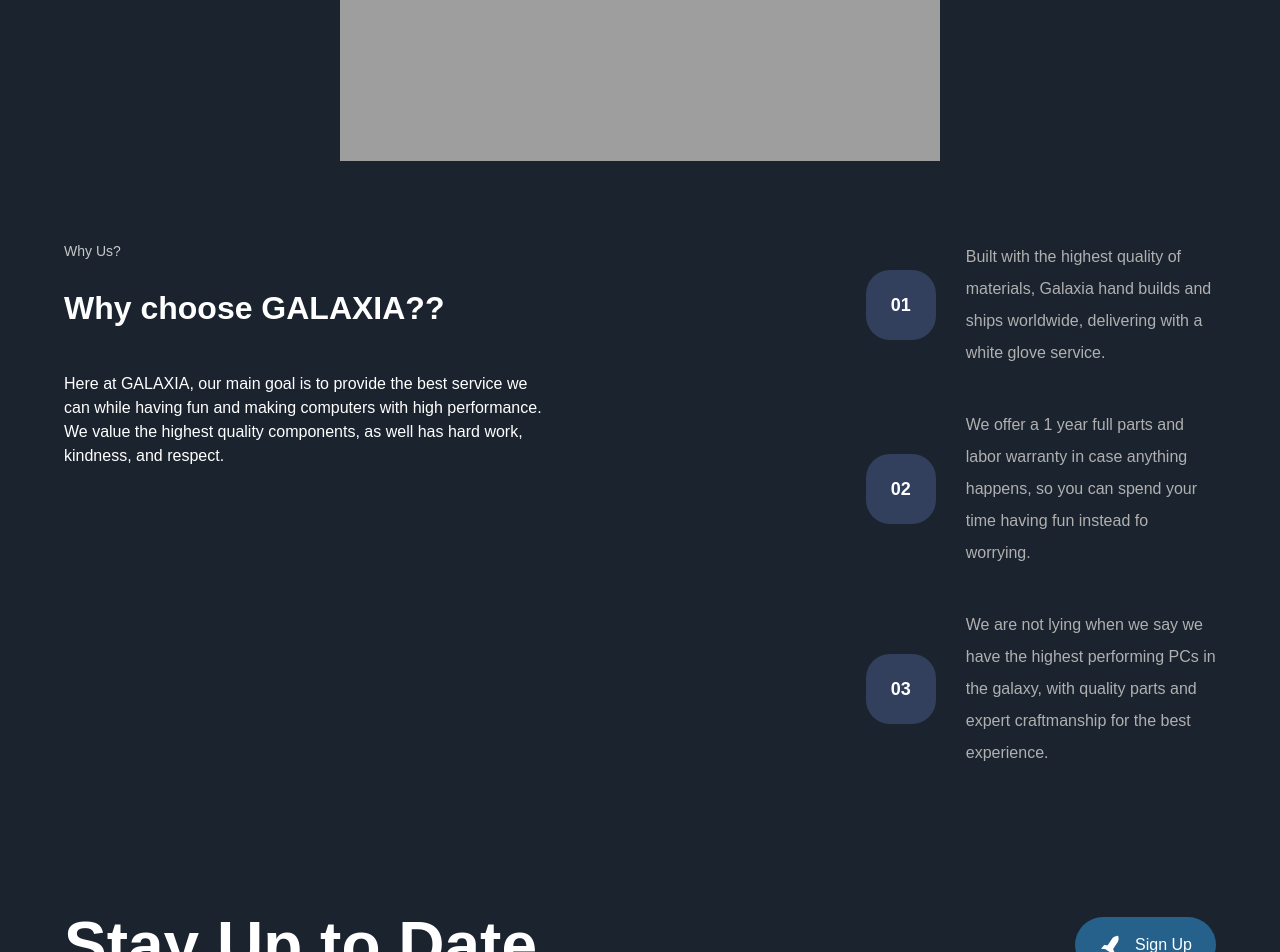
Repository: kaitlynlie/galaxia_pcs
Page: /
The author's editor kept a copy of each file at every save. The page is drawn from the files as they stood at one save, then again after the next save.
The browser window is 1280 px wide. The pictures show the part of the page from y = 2593 to 3545 px (the page is 3770 px tall before and 3610 px after).
Pictures or frames that could not be fetched are drawn as grey boxes. Some web fonts or font styles are not loaded; a fallback is used. The project was rebuilt for these pictures with package versions that can differ from the ones it lists, and the page was loaded fresh each time. Also part of the build but not shown: vite.config.js, components/PCcard.jsx, sections/Neptune.jsx, sections/Jupiter.jsx, sections/People.jsx, src/assets/index.js, sections/Video.jsx, sections/Program.jsx and 4 more. Imported but missing from the stored project, and not drawn on this page: src/assets/video.mp4.

Above is the page before, as saved 2023-08-09 20:03:52.

### index.html
<!DOCTYPE html>
<html lang="en">
  <head>
    <style>
      /* WebKit-based browsers (Chrome, Safari) */
      ::-webkit-scrollbar {
        width: 12px;
      }

      ::-webkit-scrollbar-track {
        background-color: #606060; /* Adjust the background color */
      }

      ::-webkit-scrollbar-thumb {
        background-color: #25618b; /* Adjust the thumb color */
        border-radius: 6px;
      }
    </style>
    <meta charset="UTF-8" />
    <link rel="icon" type="image/svg+xml" href="/logo.svg" />
    <link rel="preconnect" href="https://stijndv.com" />
    <link rel="stylesheet" href="https://stijndv.com/fonts/Eudoxus-Sans.css" />
    <meta name="viewport" content="width=device-width, initial-scale=1.0" />
    <title>GALAXIA</title>
  </head>
  <body>
    <div id="root"></div>
    <script type="module" src="/src/main.jsx"></script>
  </body>
</html>

### src/main.jsx
import React from 'react'
import App from './App.jsx'
import ReactDOM from 'react-dom';
import { BrowserRouter } from 'react-router-dom';


ReactDOM.render(
  <BrowserRouter>
    <App />
  </BrowserRouter>,
  document.getElementById('root'),
);

### src/App.jsx
import Navbar from '../components/Navbar'
import Home from '../pages/Home'
import Community from '../pages/Community'
import Creator from '../pages/Creator'
import PCs from '../pages/PCs'
import { Route, Routes } from 'react-router-dom'
import React from 'react'
import '../styles/globals.css'

function App() {

  return (
    <>
    <div className='bg-primary-black overflow-hidden'>
      <img
            src='./stars.png'
            alt='stars'
            className="z-0 absolute w-screen h-screen object-cover object-center opacity-50"
      />
      <Navbar />
      <Routes>
        <Route index path="/" element={<Home />} />
        <Route path="pc" element={<PCs />} />
        <Route path="community" element={<Community />} />
        <Route path="creator" element={<Creator />} />
      </Routes>
     </div>
    </>
  )
}

export default App

### components/Navbar.jsx
import { motion } from "framer-motion";
import styles from '../styles'
import { navVariants, textVariant } from '../utils/motion'
import { useState } from "react";
import { RiMenu3Line, RiCloseLine } from 'react-icons/ri';
import { Link } from 'react-router-dom'
import React from 'react'

const Navbar = () => {
  const [toggleMenu, setToggleMenu] = useState(false);

  const [nav, setNav] = useState(false);

  const openNav = () => {
    setNav(!nav);
  };

  return(
   <motion.nav
    variants={navVariants}
    initial="show"
    whileInView="show"
    viewport={{ once: false, amount: 0.25 }}
    className={`${styles.xPaddings} py-8 relative`}
  >
    <div className={`${styles.innerWidth} mx-auto flex justify-between gap-8 inline-block`}>
      <div className="flex flex-row gap-4 z-10">
        <img
          src='./logo.svg'
          alt='logo'
          />
          <Link onClick={openNav} to="/"><motion.h1 variants={textVariant(1.1)} className="flex text-white font-bold text-[24px] z-10">
            <a>GALAXIA</a>
          </motion.h1></Link>
      </div>

      <ul className='flex justify-center items-center text-white max-[880px]:hidden block z-10'>
        <Link onClick={openNav} to='/pc'><li className="mr-12"><a>Gaming PCs</a></li></Link>
        <Link onClick={openNav} to='/community'><li className="mr-12"><a>Community</a></li></Link>
        <Link onClick={openNav} to='/creator'><li><a>Creator Program</a></li></Link>
      </ul>

      <div className="relative ml-1 pointer max-[880px]:block hidden z-10">
        {toggleMenu
          ? <RiCloseLine color="#fff" size={27} onClick={() => setToggleMenu(false)} />
          : <RiMenu3Line color="#fff" size={27} onClick={() => setToggleMenu(true)} />}
        {toggleMenu && (
        <div className="flex justify-end items-end flex-col text-end bg-[#026884ce] p-3 absolute top-[40px] right-[10px] mt-1 rounded-[5px] shadow z-10">
          <div className="none">
            <ul className='flex justify-end items-end flex-col text-white text-end p-1'>
              <Link onClick={openNav} to='/pc'><li><a>Gaming PCs</a></li></Link>
              <Link onClick={openNav} to='/community'><li className="mt-2 pointer"><a>Community</a></li></Link>
              <Link onClick={openNav} to='/creator'><li className="mt-2 pointer"><a>Creator Program</a></li></Link>
            </ul>
          </div>
        </div>
        )}
        </div>

        <div className="flex flex-row gap-4 items-center max-[880px]:hidden block">
        <img
          src='./user.svg'
          alt='user'
        />
        <img
          src='./cart.svg'
          alt='cart'
        />
      </div>
      </div>

  </motion.nav>
  );
};

export default Navbar;

### pages/Home.jsx
import { Footer, Navbar } from '../components';
import { Triton, Neptune, Jupiter, Hero, WhyUs, Member } from '../sections';
import React from 'react'
import PickPC from '../sections/PickPC';

const Home = () => (
  <div className='bg-primary-black overflow-hidden'>
        {/* <img
          src='./stars.png'
          alt='stars'
          className="z-0 absolute w-screen h-screen object-cover object-center opacity-50"
    /> */}
    <Hero />
    <div className='relative'>
      <Triton />
      {/* <div className='gradient-03 z-0' /> */}
      <PickPC />
      <Member />
      {/* <Neptune /> */}
    </div>
    <div className='relative'>
      {/* <Jupiter /> */}
    </div>
    <div className='relative'>
      <WhyUs />
      {/* <div className='gradient-04 z-0' /> */}
      <Footer />
    </div>
  </div>
);

export default Home;

### styles/globals.css
@import "tailwindcss/base";

@import "tailwindcss/components";

@import "tailwindcss/utilities";

* {
  margin: 0;
  padding: 0;
  box-sizing: border-box;
  font-family: "Eudoxus Sans", sans-serif;
  scroll-behavior: smooth;
}

.gradient-01 {
  background-image: linear-gradient(
    270deg,
    hsl(295deg 76% 51%) 0%,
    hsl(284deg 70% 73%) 26%,
    hsl(257deg 70% 86%) 39%,
    hsl(202deg 92% 90%) 50%,
    hsl(215deg 77% 81%) 61%,
    hsl(221deg 73% 70%) 74%,
    hsl(220deg 76% 51%) 100%
  );
  filter: blur(125px);
}

.hero-gradient {
  background: linear-gradient(
    97.86deg,
    #a509ff 0%,
    #34acc7 53.65%,
    #a134c7 100%
  );
}

.gradient-02 {
  position: absolute;
  width: 200px;
  height: 438px;
  top: 0px;
  right: 0px;

  background: #7aebfb;
  filter: blur(190px);
}

.glassmorphism {
  background: rgba(255, 255, 255, 0.25);
  box-shadow: 0 8px 32px 0 rgba(31, 38, 135, 0.37);
  backdrop-filter: blur(4px);
  -webkit-backdrop-filter: blur(4px);
  border: 1px solid rgba(255, 255, 255, 0.18);
}

.gradient-03 {
  position: absolute;
  width: 404px;
  height: 800px;
  left: 20%;
  top: 5%;

  background: rgba(149, 66, 232, 0.35);
  filter: blur(175px);
  transform: rotate(-114.2deg);
}

.gradient-04 {
  position: absolute;
  width: 304px;
  height: 100vh;
  left: 30%;
  top: 10%;

  background: rgba(45, 72, 152, 0.75);
  filter: blur(200px);
  transform: rotate(-53.13deg);
}

.gradient-05 {
  background: linear-gradient(
    180deg,
    rgba(255, 255, 255, 0.04) 0%,
    rgba(255, 255, 255, 0) 100%
  );
}

.feedback-gradient {
  position: absolute;
  width: 200px;
  height: 316px;
  left: 0px;
  top: 0px;

  background: #8d39a3;
  filter: blur(175px);
}

.footer-gradient {
  position: absolute;
  width: 500px;
  height: 100px;
  left: 37%;
  bottom: 0;

  background: #65c4fa;
  filter: blur(150px);
}

.object {
  animation: MoveUpDown 4s linear infinite;
  position: relative;
  left: 0;
  bottom: 0;
}

@keyframes MoveUpDown {
  0%, 100% {
    bottom: 0;
  }
  50% {
    bottom: 100px;
  }
}

### components/CustomTexts.jsx
'use client';

import { motion } from "framer-motion";
import { textContainer, textVariant2 } from '../utils/motion'

export const TypingText = ({ title, textStyles}) => (
  <motion.p
    variants={textContainer}
    className={`font-normal text-[14px] text-secondary-white ${textStyles}`}
  >
    {Array.from(title).map((letter, index) => (
      <motion.span variants={textVariant2} key={index}>
        {letter === ' ' ? '\u00A0' : letter}
      </motion.span>
    ))}
  </motion.p>
);

export const TitleText = ({ title, textStyles}) => (
  <motion.h2
    variants={textVariant2}
    initial='hidden'
    whileInView='show'
    className={`mt-[22px] font-bold text-[32px] text-white ${textStyles}`}>
      {title}
  </motion.h2>
);

### components/WhyFeatures.jsx
import styles from "../styles";

const WhyFeatures = ({ number, subtitle
}) => (
  <div className={`${styles.flexCenter} flex-row`}>
    <div className={`${styles.flexCenter} w-[70px] h-[70px] rounded-[24px] bg-[#323f5d]`}>
      <p className="font-bold text-[18px] text-white">0{number}</p>
    </div>
    <p className="flex-1 ml-[30px] font-normal text-[16px] text-[#B0B0B0] leading-[32px]">{subtitle}</p>
  </div>
);

export default WhyFeatures;

### components/Footer.jsx
'use client';
import { motion } from "framer-motion";
import { socials } from "../constants";
import styles from "../styles";
import { footerVariants } from "../utils/motion";

const Footer = () => (
  <motion.footer
    variants={footerVariants}
    initial='show'
    whileInView='show'
    viewport={{ once: true, amount: 0.25 }}
    className={`${styles.paddings} py-8 relative`}>
    {/* <div className="footer-gradient" /> */}
    <div className={`${styles.innerWidth} mx-auto flex flex-col gap-8`}>
      <div className="flex items-center sm:justify-between flex-wrap gap-5">
        <h4 className="font-bold md:text-[64px] text-[44px] text-white">Stay Up to Date</h4>
        <button type="button" className="flex items-center h-fit py-4 px-6 bg-[#25618b] rounded-[32px] gap-[12px]">
          <img src='/logo.svg' alt='logo' className="w-[24px] h-[24px] object-contains"/>
          <span className="font-normal text-[16px] text-white">Sign Up</span>
        </button>
      </div>

      <div className="flex flex-col">
        <div className="mb-[50px] h-[2px] bg-white opacity-10"/>
        <div className="flex items-center justify-between flex-wrap gap-4">
          <h4 className="font-extrabold text-[24px] text-white">GALAXIA</h4>
          <p className="font-normal text-[14px] text-white opacity-50">
          Copyright © 2023 - 2024 Galaxia. All rights reserved.
          </p>
          <div className="flex gap-4">
            {socials.map((social) => (
              <img
                key={social.name}
                src={social.url}
                alt={social.name}
                className="w-[24px] h-[24px] object-contain cursor-pointer" />
            ))}
          </div>
        </div>
      </div>
    </div>
  </motion.footer>
);

export default Footer;

### components/Button.jsx
'use client';

const Button = () => (
    <button
    type="button"
    className="flex w-[127px] font-bold h-[44px] mt-[22px] items-center justify-center gap-[12px] bg-[#25618B] text-white text-[16px] rounded-[32px] pointer tracking-[0.08px] shrink-0 shadow-md transition-transform duration-300 hover:scale-105 hover:shadow-lg"
  >ADD TO CART
</button>
  );

  export default Button;

### sections/Hero.jsx
'use client';

import { motion } from "framer-motion";
import styles from '../styles';
import { slideIn, staggerContainer, fadeIn } from '../utils/motion'
import { TypingText, Button } from '../components'

const Hero = () => (
  <section className={`${styles.topPaddings} ${styles.xPaddings} flex flex-row items-center justify-center mt-10`}>
    <motion.div
      variants={fadeIn('up', 'tween', 0.2, 1)}
      initial="hidden"
      whileInView="show"
      viewport={{ once: true, amount: 0.25 }}
      className={`${styles.innerWidth} flex-col relative w-full flex justify-between items-center z-0`}
    >
      <div className="absolute z-0"/>
      <img
        src="/pc1.png"
        alt="pc"
        className="object z-10 sm:w-[357px] sm:h-[420px] w-[281px] h-[336px] relative mt-24 z-10"
      />
    </motion.div>

      <motion.div
        variants={staggerContainer}
        initial='hidden'
        whileInView='show'
        viewport={{ once: true, amount: 0.25}}
        className={`${styles.innerWidth} ${styles.xPaddings} md:px-[100px] max-[1000px]:hidden block mb-0 items-center z-10`}>
          <TypingText title='FEATURED' textStyles='text-start' />
          <motion.div
            variants={fadeIn('up', 'tween', 0.2, 1)}
            viewport={{ once: true, amount: 0.25}}
            className="mt-[8px] font-normal text-start text-secondary-white mt-9 flex-col flex flex-center">
              <span className="font-extrabold text-white sm:text-[32px] text-[20px]">TRITON </span>
              <p className="text-[20px] text-white">Triton, dedicated to users who want to travel past gaming experiences, uses high level components on the cutting edge of computers. Bold, beautiful, and a new reality for all users.</p>
          </motion.div>

          <motion.div
            variants={fadeIn('up', 'tween', 0.3, 1)}
            className="flex flex-col justify-between">
            <div className="flex flex-col justify-start items-start max-[880px]:flex-row mt-[38px]">
              <div className="flex flex-row justify-center items-center">
               <img
                src="/core.svg"
                alt="core"
                className="w-[37px] h-[37px] mt-[23px] justify-center items-center" />
                <p className="text-[20px] mt-[23px] ml-[19px] text-white">Earth Core e2-1023</p>
              </div>
              <div className="flex flex-row justify-center items-center">
               <img
                src="/card.svg"
                alt="card"
                className="w-[37px] h-[37px] mt-[23px] justify-start items-center" />
                <p className="text-[20px] mt-[23px] ml-[19px] text-white">KForce MTX 2390 Ti 12GB</p>
              </div>
            </div>

            <div className="flex flex-col justify-start items-start max-[880px]:items-center mt-[38px]">
              <div className="flex flex-row justify-between items-center">
                <p className="text-[20px] mt-[23px] text-white leading-9">$1,599.99 USD</p>
                <p className="text-[15px] mt-[23px] text-white line-through leading-[27px] ml-1">$1,999.99 USD</p>
              </div>
              <div className="flex flex-row justify-center items-center max-[880px]:flex-col">
                <Button />
              </div>
            </div>

          </motion.div>
      </motion.div>
  </section>
);

export default Hero;

### sections/Triton.jsx
'use client';

import { motion } from "framer-motion";
import { TypingText, Button } from '../components'
import styles from '../styles';
import { fadeIn, staggerContainer } from '../utils/motion';

const Triton = () => (
  <section className={`${styles.xPaddings} relative z-10 py-8`}>
      <motion.div
        variants={staggerContainer}
        initial='hidden'
        whileInView='show'
        viewport={{ once: true, amount: 0.25}}
        className={`${styles.innerWidth} mx-auto md:px-[100px] max-[1000px]:block hidden`}>
          <TypingText title='FEATURED' textStyles='text-center' />
          <motion.div
            variants={fadeIn('up', 'tween', 0.2, 1)}
            viewport={{ once: true, amount: 0.25}}
            className="mt-[8px] font-normal text-center text-secondary-white mt-9 ${styles.flexCenter} flex-col">
              <span className="font-extrabold text-white sm:text-[32px] text-[20px]">TRITON </span>
              <p className="text-[20px] text-white">Triton, dedicated to users who want to travel past gaming experiences, uses high level components on the cutting edge of computers. Bold, beautiful, and a new reality for all users.</p>
          </motion.div>

          <motion.div
            variants={fadeIn('up', 'tween', 0.3, 1)}
            className="flex flex-row max-[880px]:flex-col justify-between max-[880px]:items-center">


            <div className="flex flex-col justify-start items-start max-[880px]:items-center mt-[38px]">
              <div className="flex flex-row justify-center items-center">
               <img
                src="/core.svg"
                alt="core"
                className="w-[37px] h-[37px] mt-[23px] justify-center items-center" />
                <p className="text-[20px] mt-[23px] ml-[19px] text-white">Earth Core e2-1023</p>
              </div>
              <div className="flex flex-row justify-center items-center">
               <img
                src="/card.svg"
                alt="card"
                className="w-[37px] h-[37px] mt-[23px] justify-start items-center" />
                <p className="text-[20px] mt-[23px] ml-[19px] text-white">KForce MTX 2390 Ti 12GB</p>
              </div>
            </div>

            <div className="flex flex-col justify-start items-start max-[880px]:items-center mt-[38px]">
              <div className="flex flex-row justify-between items-center">
                <p className="text-[20px] mt-[23px] text-white leading-9">$1,599.99 USD</p>
                <p className="text-[15px] mt-[23px] text-white line-through leading-[27px] ml-1">$1,999.99 USD</p>
              </div>
              <div className="flex flex-row justify-center items-center max-[880px]:flex-col">
                <Button />
              </div>
            </div>

          </motion.div>
      </motion.div>
  </section>
);

export default Triton;

### sections/WhyUs.jsx
'use client';

import { motion } from "framer-motion";
import { TypingText, WhyFeatures, TitleText } from '../components'
import styles from '../styles';
import { staggerContainer, fadeIn, planetVariants } from '../utils/motion';
import { whyUs } from '../constants'

const GetStarted = () => (
  <section className={`${styles.paddings} relative z-10 flex flex-col justify-center items-center`}>
    <img src='./whyus.png'
              alt='why us'
              className="h-[600px] w-[600px] mb-20"
        />
    <div className={`${styles.innerWidth} flex flex-col justify-between items-center`}>
        {/* <img src='./whyus.png'
              alt='why us'
              className="h-[600px] w-[600px] mb-20"
        /> */}

        <div
          className="flex justify-between flex-row gap-80">
            <div className="flex flex-col">
              <TypingText title="Why Us?" />
              <TitleText title={<>Why choose GALAXIA??</>} />
              <p className="text-white mt-10">Here at GALAXIA, our main goal is to provide the best service we can while having fun and making computers with high performance. We value the highest quality components, as well has hard work, kindness, and respect.</p>
            </div>

            <div className="flex flex-col gap-10">
              {whyUs.map((feature) => (
              <WhyFeatures key={feature.subtitle} {...feature} />
                ))}
            </div>
          </div>
    </div>
  </section>
);

export default GetStarted;

### sections/Member.jsx
import React from 'react'
import { TypingText } from '../components'
import styles from '../styles'

const Member = () => {
  return (
    <section className={`${styles.xPaddings} relative z-10 py-20 flex flex-col justify-center items-center mt-10 bg-[url('banner.jpeg')]`}>
      <div className={`${styles.innerWidth} md:px-[100px] mb-0 items-center flex-col flex justify-center`}>
          <TypingText title='ONE OF US' textStyles='text-center' />
          <div className="font-normal text-center text-secondary-white mt-10 flex-col flex flex-center items-center justify-center">
              <span className="font-extrabold text-white sm:text-[32px] text-[20px]">Interested in joining the GALAXIA Creator Program?</span>
              <p className="text-[20px] text-white">We would love to work with creators to empower those who are stars in making or are already shining! We focus on making items that we find interesting and would love to work with creators that do the same.</p>
            <button
                type="button"
                className="flex w-[127px] h-[44px] mt-[22px] items-center justify-center gap-[12px] bg-[#25618B] text-white text-[16px] rounded-[32px] pointer tracking-[0.08px] shrink-0 shadow-md transition-transform duration-300 hover:scale-105 hover:shadow-lg"
                >APPLY NOW
            </button>
        </div>
        </div>
        </section>
  )
}

export default Member

Loaded but not shown: utils/motion.js (161 lines, source omitted); constants/index.js (90 lines, source omitted); styles/index.js (23 lines, source omitted); tailwind.config.js (24 lines, source omitted); sections/index.js (21 lines, source omitted); components/index.js (16 lines, source omitted); sections/PickPC.jsx (223 lines, source omitted)

After the next save:
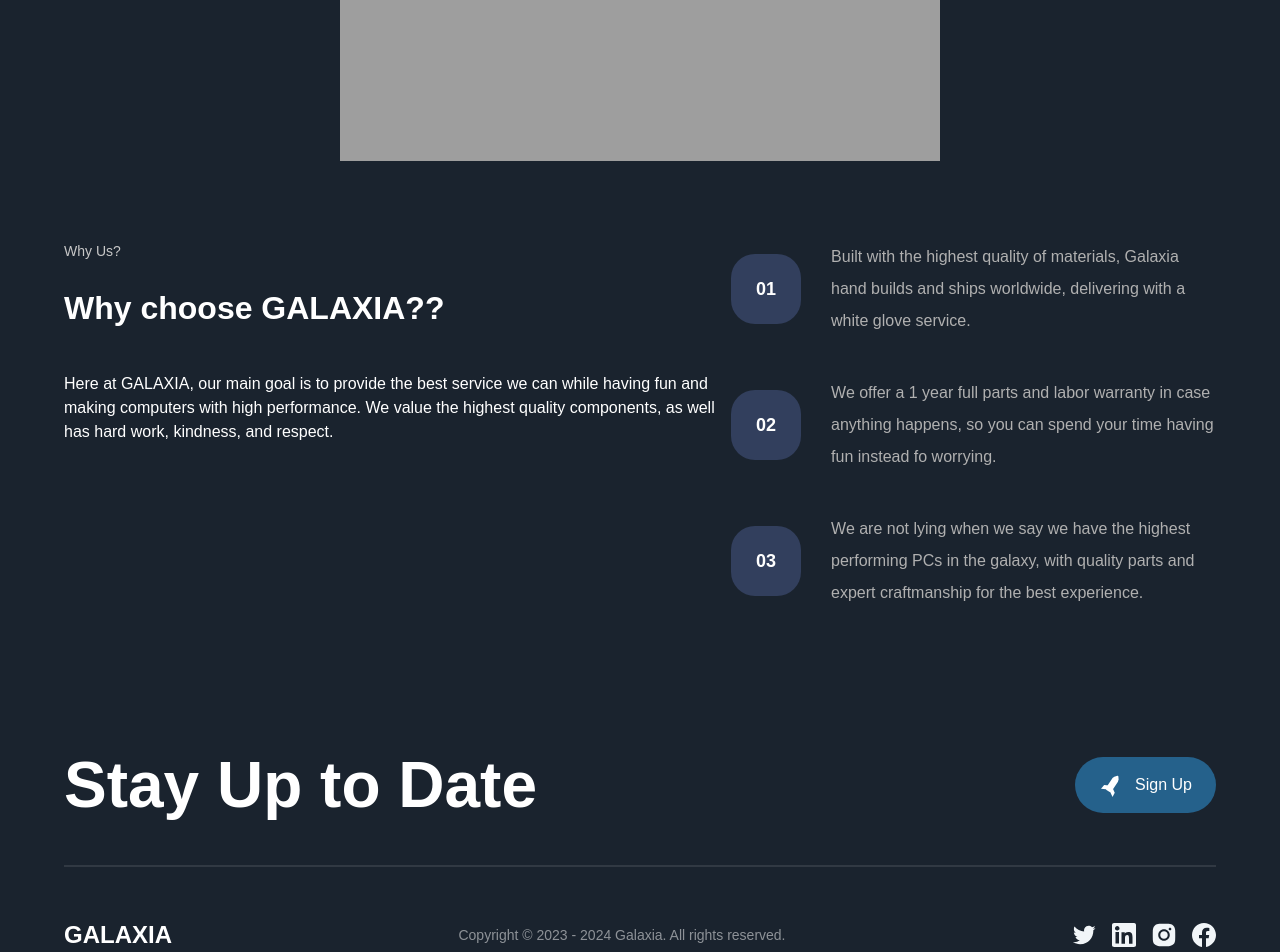
Saved 9 s later.
--- a/sections/WhyUs.jsx
+++ b/sections/WhyUs.jsx
@@ -19,7 +19,7 @@
         /> */}
 
         <div
-          className="flex justify-between flex-row gap-80">
+          className="flex justify-between flex-row">
             <div className="flex flex-col">
               <TypingText title="Why Us?" />
               <TitleText title={<>Why choose GALAXIA??</>} />
